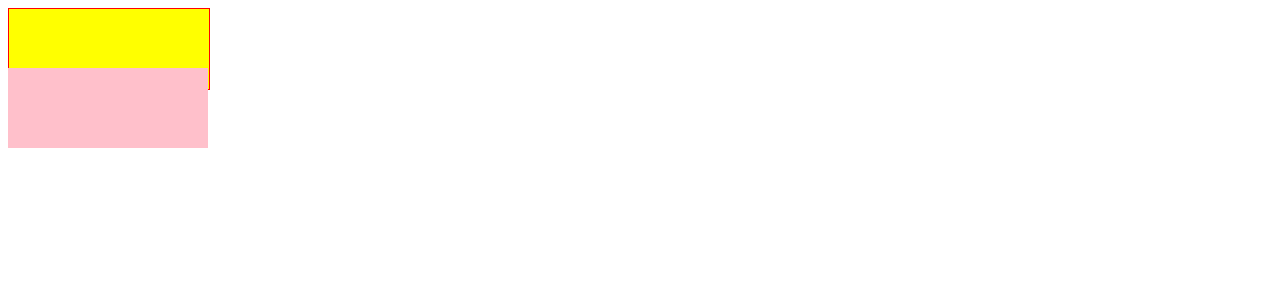
Repository: Pr-DuyTam/HTML-CSS-JS-PHP
Page: CSS/Các thuộc tính định dạng hiển thị, trình bày/Position/Z-index (52).html
The author's editor kept a copy of each file at every save. The page is drawn from the files as they stood at one save, then again after the next save.
The browser window is 1280 px wide. The pictures show the whole page.

Above is the page before, as saved 2023-08-03 08:16:26.

### CSS/Các thuộc tính định dạng hiển thị, trình bày/Position/Z-index (52).html
<!DOCTYPE html>
<html lang="en">
<head>
    <meta charset="UTF-8">
    <meta name="viewport" content="width=device-width, initial-scale=1.0">
    <title>Z-index</title>

    <style type="text/css">
        #a{
            background-color: yellow;
            width:200px;
            height: 80px;
            border: 1px solid red;
            position: absolute;

        }

        #b{
            background-color: pink;
            height: 80px;
            width: 200px;
            position: absolute;
            top: 60px;
        }

    </style>
</head>
<body>
    <div style="position:relative">
        <div id="a"></div>
        <div id="b"></div>
    </div>
</body>
</html>

After the next save:
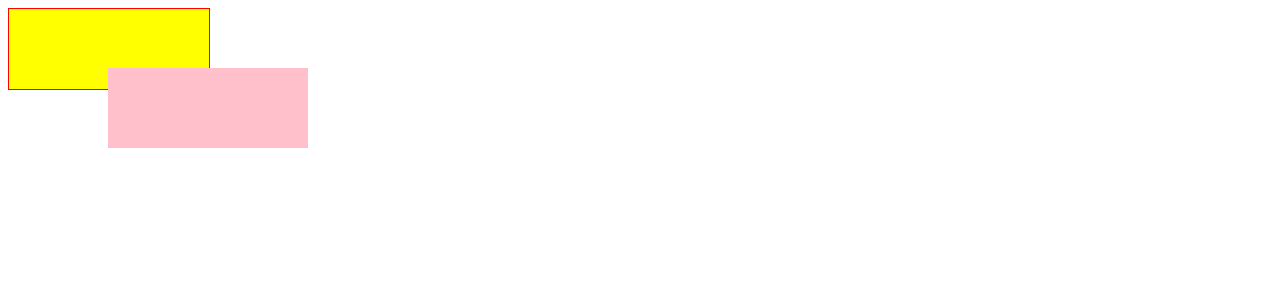
Saved 12 s later.
--- a/CSS/Các thuộc tính định dạng hiển thị, trình bày/Position/Z-index (52).html
+++ b/CSS/Các thuộc tính định dạng hiển thị, trình bày/Position/Z-index (52).html
@@ -21,6 +21,7 @@
             width: 200px;
             position: absolute;
             top: 60px;
+            left: 100px;
         }
 
     </style>
